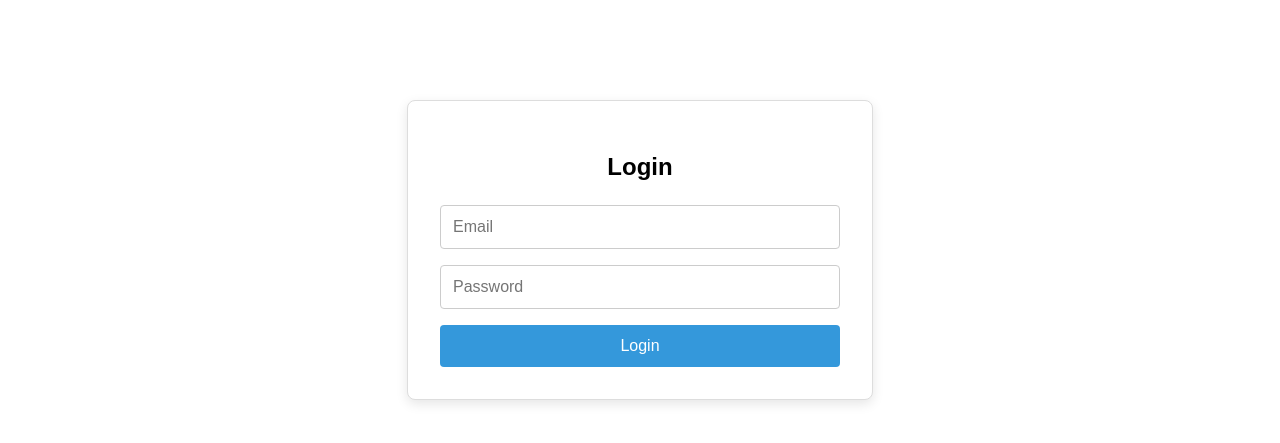
Repository: Edmund-Kiama/todoPHP
Page: / (app in task-manager-frontend/)
The author's editor kept a copy of each file at every save. The page is drawn from the files as they stood at one save, then again after the next save.
The browser window is 1280 px wide. The pictures show the whole page.
The project was rebuilt for these pictures with package versions that can differ from the ones it lists, and the page was loaded fresh each time. Also part of the build but not shown: task-manager-frontend/vite.config.js.

Above is the page before, as saved 2025-07-12 20:31:06.

After the next save:
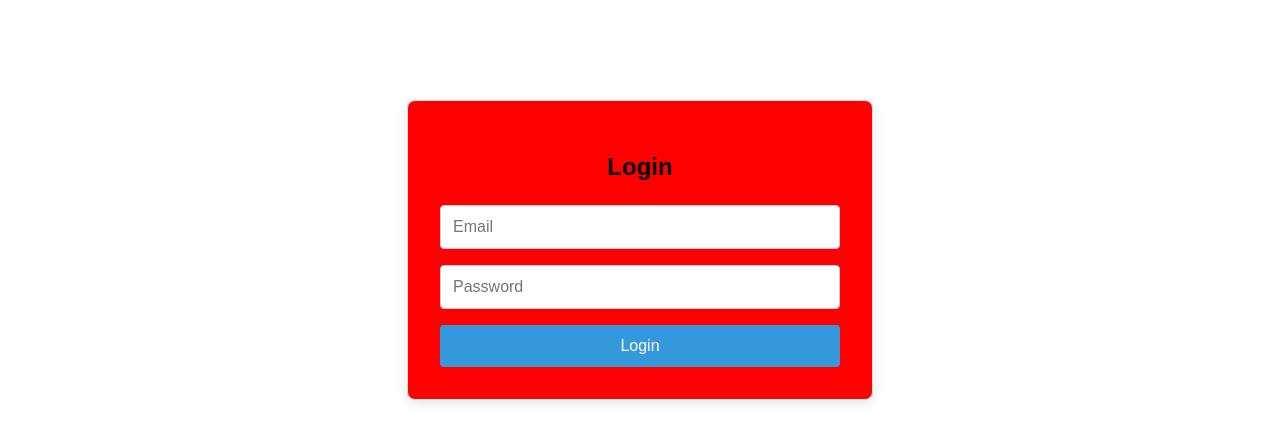
Saved 45 s later.
--- a/task-manager-frontend/src/assets/login.css
+++ b/task-manager-frontend/src/assets/login.css
@@ -5,7 +5,7 @@
   padding: 2rem;
   border: 1px solid #ddd;
   border-radius: 8px;
-  background-color: #fff;
+  background-color: red;
   box-shadow: 0 4px 12px rgba(0,0,0,0.1);
   font-family: Arial, sans-serif;
 }

After the save that followed:
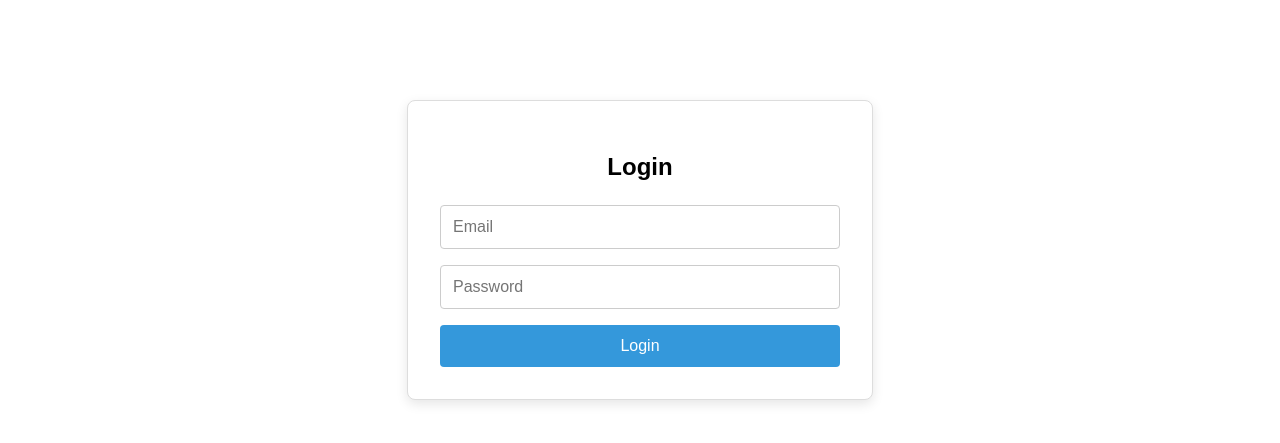
Saved 5 s later.
--- a/task-manager-frontend/src/assets/login.css
+++ b/task-manager-frontend/src/assets/login.css
@@ -5,7 +5,7 @@
   padding: 2rem;
   border: 1px solid #ddd;
   border-radius: 8px;
-  background-color: red;
+  background-color: #fff;
   box-shadow: 0 4px 12px rgba(0,0,0,0.1);
   font-family: Arial, sans-serif;
 }
